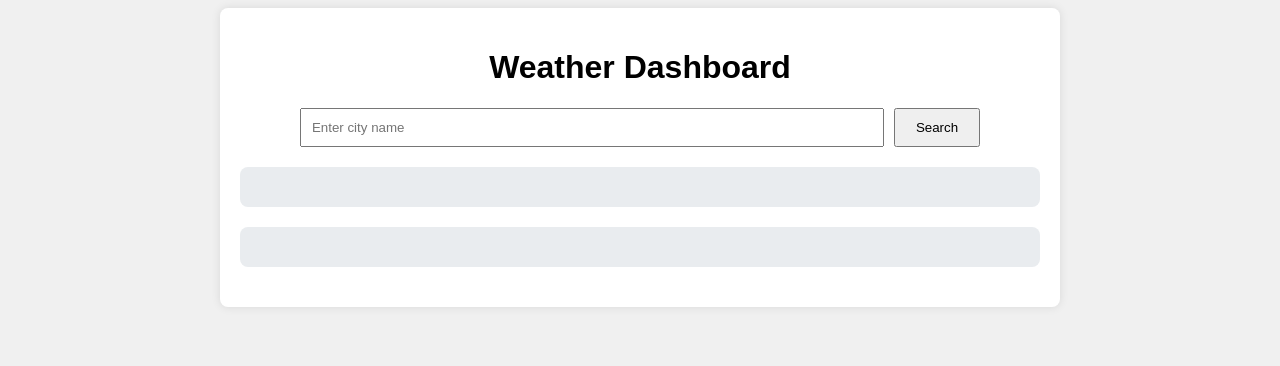
Repository: PaigeC001/WeatherOutlookTracker
Page: WeatherOutlookTracker/index.html
An editor plug-in stored every save of this project. The page is shown before and after the next save, followed by the edit.
The browser window is 1280 px wide. The pictures show the whole page.

Above is the page before, as saved 2024-07-16 03:40:56.

### WeatherOutlookTracker/index.html
<!DOCTYPE html>
<html lang="en">
<head>
    <meta charset="UTF-8">
    <meta name="viewport" content="width=device-width, initial-scale=1.0">
    <title>Weather Dashboard</title>
    <link rel="stylesheet" href="styles.css">
</head>
<body>
    <div class="container">
        <h1>Weather Dashboard</h1>
        <div class="search-section">
            <input type="text" id="city-input" placeholder="Enter city name">
            <button id="search-button">Search</button>
        </div>
        <div class="search-history" id="search-history"></div>
        <div class="current-weather" id="current-weather"></div>
        <div class="forecast" id="forecast"></div>
    </div>
    <script src="script.js"></script>
</body>
</html>

### WeatherOutlookTracker/styles.css
body {
    font-family: Arial, sans-serif;
    background-color: #f0f0f0;
}

.container {
    max-width: 800px;
    margin: auto;
    padding: 20px;
    background-color: white;
    border-radius: 8px;
    box-shadow: 0 0 10px rgba(0, 0, 0, 0.1);
}

h1 {
    text-align: center;
}

.search-section {
    display: flex;
    justify-content: center;
    margin-bottom: 20px;
}

#city-input {
    width: 70%;
    padding: 10px;
    margin-right: 10px;
}

#search-button {
    padding: 10px 20px;
    cursor: pointer;
}

.search-history {
    margin-bottom: 20px;
}

.search-history button {
    display: block;
    width: 100%;
    margin: 5px 0;
    padding: 10px;
    cursor: pointer;
    background-color: #007bff;
    color: white;
    border: none;
    border-radius: 4px;
}

.current-weather, .forecast {
    margin-bottom: 20px;
    padding: 20px;
    background-color: #e9ecef;
    border-radius: 8px;
}

.forecast .forecast-item {
    display: inline-block;
    width: 18%;
    margin-right: 2%;
    background-color: white;
    padding: 10px;
    border-radius: 8px;
    text-align: center;
}

### WeatherOutlookTracker/script.js
const apiKey = 'fe4d8bc132a06db690ae7d80bd8988ae';
const searchButton = document.getElementById('search-button');
const cityInput = document.getElementById('city-input');
const currentWeather = document.getElementById('current-weather');
const forecast = document.getElementById('forecast');
const searchHistory = document.getElementById('search-history');

let cities = [];

searchButton.addEventListener('click', () => {
    const city = cityInput.value;
    if (city && !cities.includes(city)) {
        cities.push(city);
        updateSearchHistory();
        getWeather(city);
    }
});

searchHistory.addEventListener('click', (event) => {
    if (event.target.tagName === 'BUTTON') {
        const city = event.target.textContent;
        getWeather(city);
    }
});

function updateSearchHistory() {
    searchHistory.innerHTML = '';
    cities.forEach(city => {
        const button = document.createElement('button');
        button.textContent = city;
        searchHistory.appendChild(button);
    });
}

function getWeather(city) {
    fetch(`https://api.openweathermap.org/data/2.5/weather?q=${city}&appid=${apiKey}&units=metric`)
        .then(response => response.json())
        .then(data => {
            displayCurrentWeather(data);
            return fetch(`https://api.openweathermap.org/data/2.5/forecast?q=${city}&appid=${apiKey}&units=metric`);
        })
        .then(response => response.json())
        .then(data => {
            displayForecast(data);
        })
        .catch(error => {
            console.error('Error fetching weather data:', error);
        });
}

function displayCurrentWeather(data) {
    const { name, dt, weather, main, wind } = data;
    currentWeather.innerHTML = `
        <h2>${name}</h2>
        <p>${new Date(dt * 1000).toLocaleDateString()}</p>
        <img src="https://openweathermap.org/img/wn/${weather[0].icon}.png" alt="${weather[0].description}">
        <p>Temperature: ${main.temp} °C</p>
        <p>Humidity: ${main.humidity}%</p>
        <p>Wind Speed: ${wind.speed} m/s</p>
    `;
}

function displayForecast(data) {
    forecast.innerHTML = '<h3>5-Day Forecast</h3>';
    const forecastList = data.list.filter((_, index) => index % 8 === 0);
    forecastList.forEach(item => {
        const { dt, weather, main, wind } = item;
        const forecastItem = document.createElement('div');
        forecastItem.className = 'forecast-item';
        forecastItem.innerHTML = `
            <p>${new Date(dt * 1000).toLocaleDateString()}</p>
            <img src="https://openweathermap.org/img/wn/${weather[0].icon}.png" alt="${weather[0].description}">
            <p>Temp: ${main.temp} °C</p>
            <p>Humidity: ${main.humidity}%</p>
            <p>Wind: ${wind.speed} m/s</p>
        `;
        forecast.appendChild(forecastItem);
    });
}

After the next save:
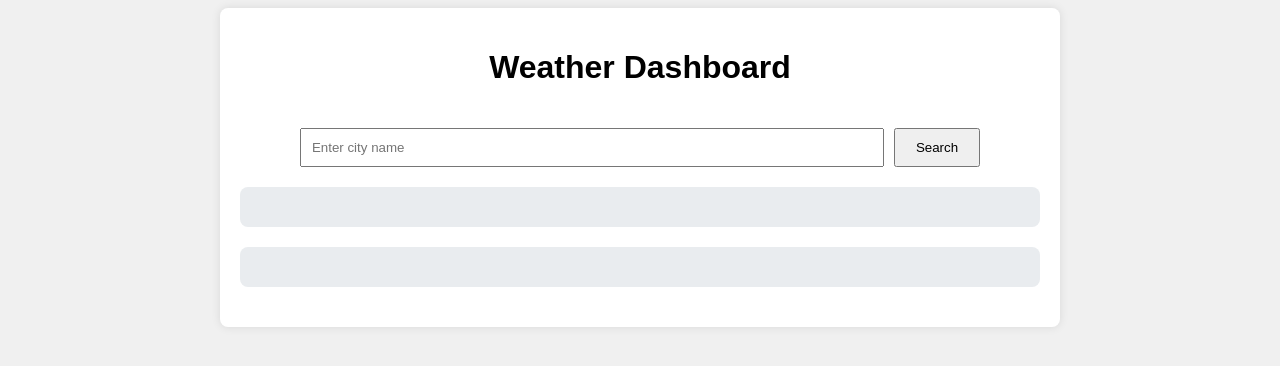
Saved 19 min 47 s later.
--- a/WeatherOutlookTracker/index.html
+++ b/WeatherOutlookTracker/index.html
@@ -9,6 +9,10 @@
 <body>
     <div class="container">
         <h1>Weather Dashboard</h1>
+    </header>
+    <main>
+        <section class="search-section"></section>
+    </main>
         <div class="search-section">
             <input type="text" id="city-input" placeholder="Enter city name">
             <button id="search-button">Search</button>
